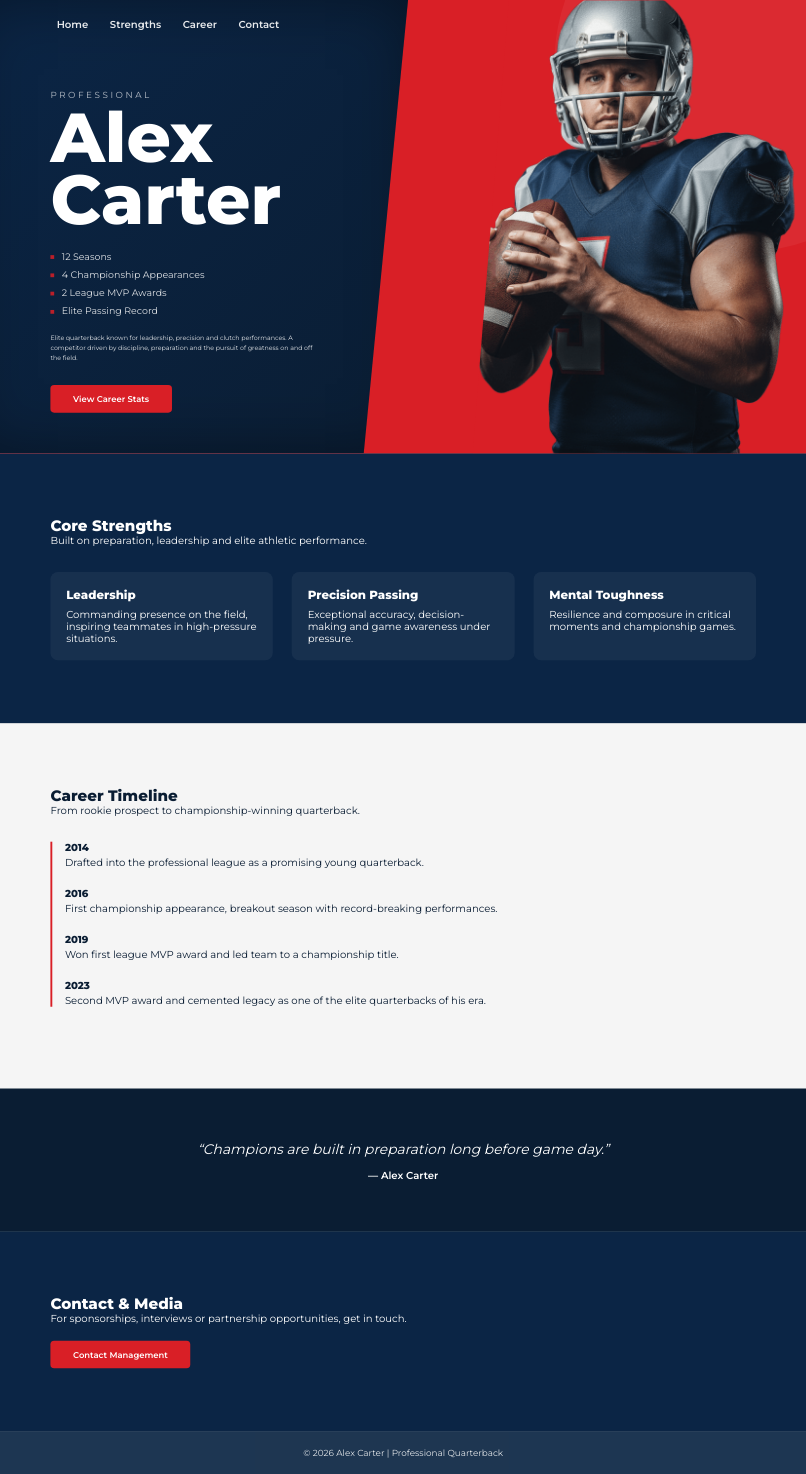
Repository: davidfsillva/Alex-Carter
Page: index.html
These files come from the project's save history. The page is drawn as it stood at one moment and after a run of saves; the edit follows.
The browser window is 1280 px wide. The pictures show the whole page, at 63% of full size.

Above is the page before, as saved 2026-02-11 08:57:41.

### index.html
<!DOCTYPE html>
<html lang="en">
<head>
  <meta charset="UTF-8" />
  <meta name="viewport" content="width=device-width, initial-scale=1.0"/>
  <title>Alex Carter | Professional Quarterback</title>
  <link rel="stylesheet" href="style.css" />
  <link rel="preconnect" href="https://fonts.googleapis.com">
  <link rel="preconnect" href="https://fonts.gstatic.com" crossorigin>
  <link href="https://fonts.googleapis.com/css2?family=Montserrat:wght@400;600;800&display=swap" rel="stylesheet">
</head>
<body>

<!-- NAVBAR -->
<header class="navbar">
  <nav>
    <a href="#">Home</a>
    <a href="#skills">Strengths</a>
    <a href="#career">Career</a>
    <a href="#contact">Contact</a>
  </nav>
</header>

<!-- HERO -->
<section class="hero">
  <div class="hero-left">
    <span class="tag">PROFESSIONAL</span>
    <h1>Alex Carter</h1>

    <ul class="stats">
      <li>12 Seasons</li>
      <li>4 Championship Appearances</li>
      <li>2 League MVP Awards</li>
      <li>Elite Passing Record</li>
    </ul>

    <p class="description">
      Elite quarterback known for leadership, precision and clutch performances.
      A competitor driven by discipline, preparation and the pursuit of greatness
      on and off the field.
    </p>

    <button class="cta" onclick="window.location.href='Alex_Carter_Stats.pdf'">
      View Career Stats
    </button>

  </div>

  <div class="hero-right">
    <img src="img/spbw.png" alt="Alex Carter Quarterback">
  </div>
</section>

<!-- STRENGTHS SECTION -->
<section id="skills" class="section dark">
  <div class="container">
    <h2>Core Strengths</h2>
    <p>Built on preparation, leadership and elite athletic performance.</p>

    <div class="grid">
      <div class="card">
        <h3>Leadership</h3>
        <p>Commanding presence on the field, inspiring teammates in high-pressure situations.</p>
      </div>

      <div class="card">
        <h3>Precision Passing</h3>
        <p>Exceptional accuracy, decision-making and game awareness under pressure.</p>
      </div>

      <div class="card">
        <h3>Mental Toughness</h3>
        <p>Resilience and composure in critical moments and championship games.</p>
      </div>
    </div>
  </div>
</section>

<!-- CAREER SECTION -->
<section id="career" class="section light">
  <div class="container">
    <h2>Career Timeline</h2>

    <p>From rookie prospect to championship-winning quarterback.</p>

    <div class="timeline">
      <div class="timeline-item">
        <h4>2014</h4>
        <p>Drafted into the professional league as a promising young quarterback.</p>
      </div>

      <div class="timeline-item">
        <h4>2016</h4>
        <p>First championship appearance, breakout season with record-breaking performances.</p>
      </div>

      <div class="timeline-item">
        <h4>2019</h4>
        <p>Won first league MVP award and led team to a championship title.</p>
      </div>

      <div class="timeline-item">
        <h4>2023</h4>
        <p>Second MVP award and cemented legacy as one of the elite quarterbacks of his era.</p>
      </div>
    </div>
  </div>
</section>

<!-- QUOTE SECTION -->
<section class="quote">
  <div class="container">
    <blockquote>
      “Champions are built in preparation long before game day.”
    </blockquote>
    <span>— Alex Carter</span>
  </div>
</section>

<!-- CONTACT SECTION -->
<section id="contact" class="section dark">
  <div class="container">
    <h2>Contact & Media</h2>
    <p>For sponsorships, interviews or partnership opportunities, get in touch.</p>
    <button class="cta" onclick="window.location.href='mailto:alexcarter@agency.com'">
      Contact Management
    </button>
  </div>
</section>

<!-- FOOTER -->
<footer class="footer">
  <p>© 2026 Alex Carter | Professional Quarterback</p>
</footer>

<script src="scripts.js"></script>
</body>
</html>

### style.css
/* =====================
   RESET E FONTES
===================== */
* {
  margin: 0;
  padding: 0;
  box-sizing: border-box;
  font-family: 'Montserrat', sans-serif;
}

body {
  background: #6b7c86;
  color: #fff;
}

/* =====================
   NAVBAR
===================== */
.navbar {
  position: absolute;
  top: 0;
  width: 100%;
  padding: 30px 60px;
  display: flex;
  justify-content: space-between;
  align-items: center;
  z-index: 10;
}

.navbar .logo {
  color: #fff;
  font-weight: 800;
  font-size: 22px;
  letter-spacing: 2px;
}

.navbar nav a {
  color: #fff;
  text-decoration: none;
  margin-left: 30px;
  font-weight: 600;
  opacity: 0.9;
  transition: 0.3s ease;
}

.navbar nav a:hover {
  opacity: 1;
  color: #d91f26;
}

/* =====================
   HERO SECTION
===================== */
.hero {
  background: #d91f26;
  display: flex;
  height: 100vh;
  overflow: hidden;
}

/* HERO LEFT */
.hero-left {
  width: 55%;
  background: linear-gradient(135deg, #0b2545, #0a1d33);
  padding: 140px 80px;
  color: #fff;
  position: relative;
  box-shadow: inset -50px 0 100px rgba(0,0,0,0.4);

  clip-path: polygon(0 0, 92% 0, 82% 100%, 0% 100%);
}


.hero-left .tag {
  letter-spacing: 4px;
  font-size: 14px;
  opacity: 0.7;
}

.hero-left h1 {
  font-size: 110px;
  font-weight: 800;
  margin: 10px 0 30px;
  line-height: 0.9;
}

.stats {
  list-style: none;
  margin-bottom: 25px;
}

.stats li {
  margin-bottom: 10px;
  font-size: 15px;
  opacity: 0.85;
  position: relative;
  padding-left: 18px;
}

.stats li::before {
  content: "";
  width: 6px;
  height: 6px;
  background: #d91f26;
  position: absolute;
  left: 0;
  top: 8px;
}

.description {
  max-width: 420px;
  font-size: 10px;
  margin-bottom: 35px;
  opacity: 0.9;
  line-height: 1.6;
}

.cta {
  background: #d91f26;
  border: none;
  padding: 14px 36px;
  color: #fff;
  font-weight: 600;
  cursor: pointer;
  transition: all 0.3s ease;
  border-radius: 6px;
}

.cta:hover {
  transform: translateY(-4px);
  box-shadow: 0 10px 25px rgba(217, 31, 38, 0.4);
}

/* Scroll Indicator */
.scroll {
  position: absolute;
  bottom: 40px;
  font-size: 12px;
  letter-spacing: 3px;
  opacity: 0.6;
}

/* HERO RIGHT */
.hero-right {
  width: 45%;
  background: #d91f26;
  display: flex;
  align-items: flex-end;
  justify-content: center;
  position: relative;
  overflow: hidden;

  clip-path: polygon(18% 0%, 100% 0%, 100% 100%, 8% 100%);
}


.hero-right::before {
  content: "";
  position: absolute;
  width: 600px;
  height: 600px;
  background: rgba(255,255,255,0.05);
  border-radius: 50%;
  top: -200px;
  right: -200px;
}

.hero-right img {
  height: 110%;
  width: auto;
  object-fit: contain;
  align-self: flex-end;
  animation: float 5s ease-in-out infinite;
  position: relative;
  z-index: 2;
}

/* Floating animation */
@keyframes float {
  0% { transform: scale(1); }
  50% { transform: scale(1.02); }
  100% { transform: scale(1); }
}

/* =====================
   SECTIONS (GENERIC)
===================== */
.section {
  padding: 100px 80px;
}

.section.dark {
  background: #0b2545;
  color: #fff;
}

.section.light {
  background: #f5f5f5;
  color: #0a1d33;
}

.container {
  max-width: 1200px;
  margin: 0 auto;
}

/* GRID CARDS */
.grid {
  display: grid;
  grid-template-columns: repeat(auto-fit, minmax(250px, 1fr));
  gap: 30px;
  margin-top: 40px;
}

.card {
  background: rgba(255,255,255,0.05);
  padding: 25px;
  border-radius: 12px;
  transition: transform 0.3s ease, box-shadow 0.3s ease;
}

.card:hover {
  transform: translateY(-5px);
  box-shadow: 0 10px 25px rgba(0,0,0,0.2);
}

.card h3 {
  margin-bottom: 10px;
}

/* TIMELINE */
.timeline {
  margin-top: 40px;
  border-left: 3px solid #d91f26;
  padding-left: 20px;
}

.timeline-item {
  margin-bottom: 30px;
}

.timeline-item h4 {
  margin-bottom: 5px;
}

/* QUOTE */
.quote {
  text-align: center;
  padding: 80px 20px;
  background: #0a1d33;
}

.quote blockquote {
  font-size: 22px;
  font-style: italic;
  max-width: 700px;
  margin: 0 auto 15px;
  line-height: 1.5;
}

.quote span {
  display: block;
  font-weight: 600;
  margin-top: 10px;
}

#contact .cta {
  margin-top: 25px; /* aumenta o espaço entre o texto e o botão */
}


/* FOOTER */
.footer {
  text-align: center;
  padding: 25px 0;
  background: #0b2545;
  font-size: 14px;
  opacity: 0.8;
}

/* =====================
   RESPONSIVO MOBILE
===================== */
@media (max-width: 900px) {

  .hero {
    flex-direction: column;
    min-height: auto;
  }

  .hero-left,
  .hero-right {
    width: 100%;
    clip-path: none; /* remove corte diagonal no mobile */
  }

  .hero-left {
    padding: 120px 25px 60px 25px;
    text-align: left;
  }

  .hero-left h1 {
    font-size: 52px;
    line-height: 1.1;
  }

  .stats li {
    font-size: 14px;
  }

  .description {
    max-width: 100%;
    font-size: 14px;
  }

  .cta {
    width: 100%;
    padding: 16px;
  }

  .hero-right {
    justify-content: center;
    align-items: center;
    padding-bottom: 40px;
  }

  .hero-right img {
    width: 85%;
    height: auto;
    max-height: 500px;
    margin: 0 auto;
  }

  .section {
    padding: 70px 25px;
  }

  .grid {
    grid-template-columns: 1fr;
  }

  .timeline {
    padding-left: 15px;
  }

  .quote blockquote {
    font-size: 18px;
  }

  .navbar {
    padding: 20px 25px;
  }

  .navbar nav a {
    margin-left: 15px;
    font-size: 14px;
  }
}

### scripts.js
// =============================
// ANIMAÇÃO DE ENTRADA HERO LEFT
// =============================
window.addEventListener("load", () => {
  const heroLeft = document.querySelector(".hero-left");

  // Estado inicial antes da animação
  heroLeft.style.opacity = 0;
  heroLeft.style.transform = "translateX(-40px)";

  // Adiciona animação após pequeno delay
  setTimeout(() => {
    heroLeft.style.transition = "opacity 0.8s ease, transform 0.8s ease";
    heroLeft.style.opacity = 1;
    heroLeft.style.transform = "translateX(0)";
  }, 300);
});

// =============================
// ANIMAÇÃO OPCIONAL PARA BOTÃO CTA
// =============================
const ctaButton = document.querySelector(".cta");

ctaButton.addEventListener("mouseenter", () => {
  ctaButton.style.transform = "scale(1.05)";
});

ctaButton.addEventListener("mouseleave", () => {
  ctaButton.style.transform = "scale(1)";
});

After the next 2 saves:
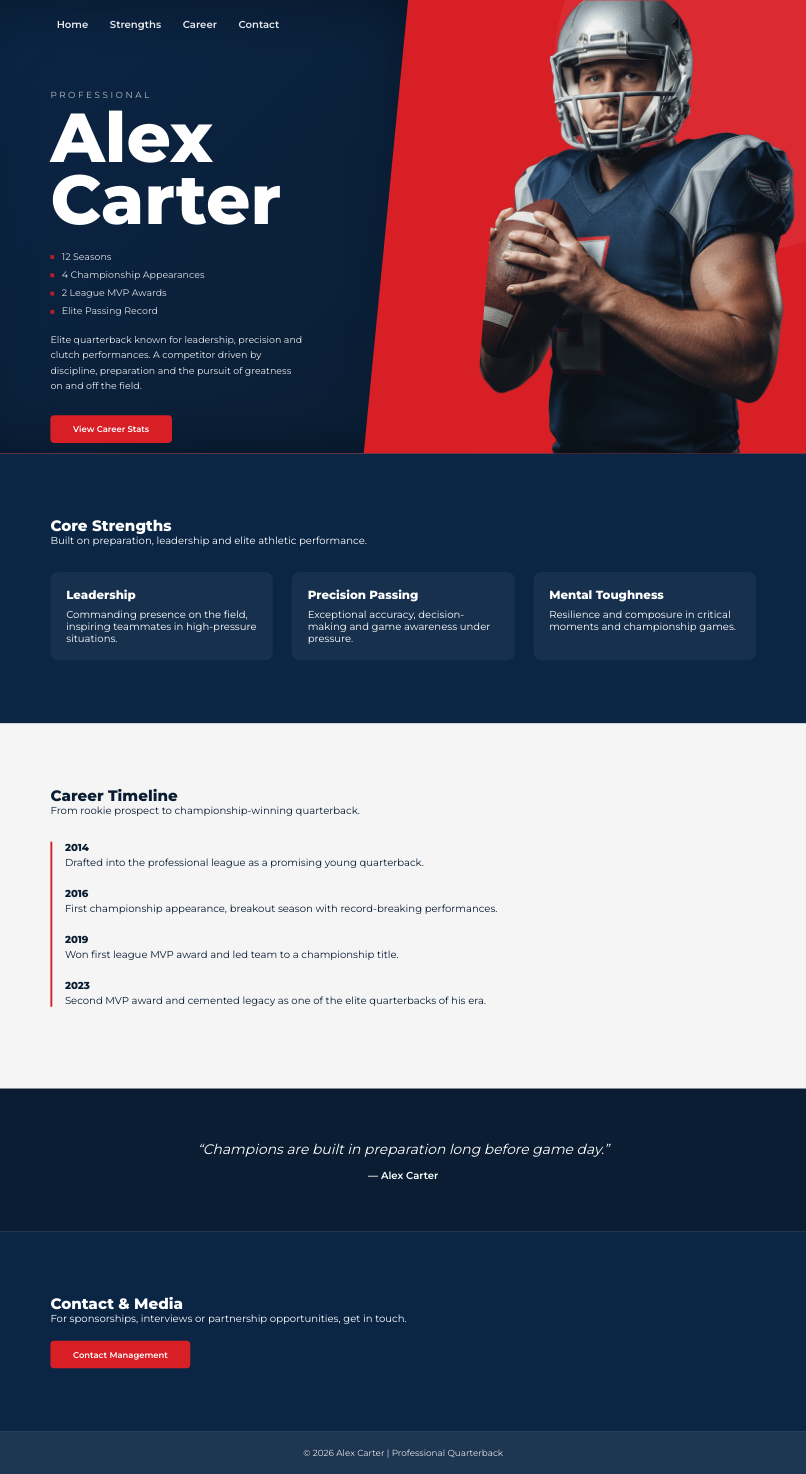
The 2 saves are shown as one change because they came seconds apart.
The last was saved 14 s later.
--- a/style.css
+++ b/style.css
@@ -108,8 +108,8 @@
 }
 
 .description {
-  max-width: 420px;
-  font-size: 10px;
+  max-width: 400px;
+  font-size: 15px;
   margin-bottom: 35px;
   opacity: 0.9;
   line-height: 1.6;
